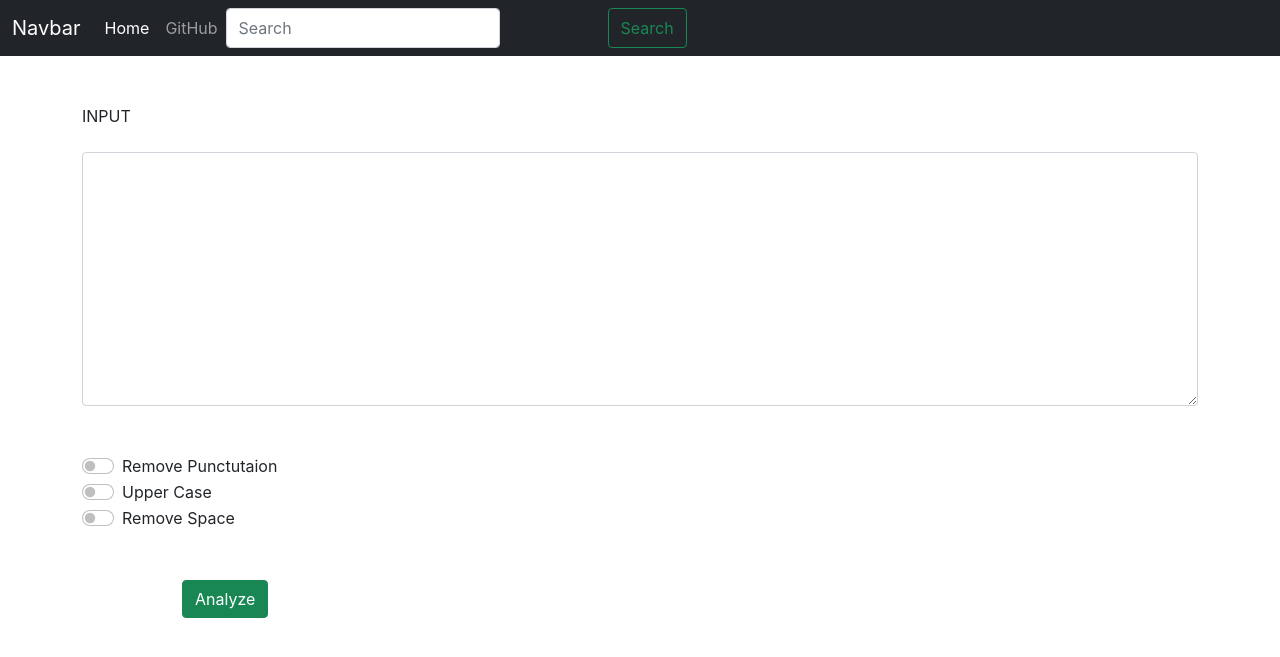
Repository: thenameisshreyank/Textutility
Page: http://localhost/
An editor plug-in stored every save of this project. The page is shown before and after the next save, followed by the edit.
The browser window is 1280 px wide. The pictures show the whole page.
The page is served by the project's application, run on Django 4.2 (manage.py). Other server files are loaded and not shown.

Above is the page before, as saved 2022-04-15 10:52:46.

### templates/index.html
<!DOCTYPE html>
<html lang="en">
<head>
    <meta charset="UTF-8">
    <meta http-equiv="X-UA-Compatible" content="IE=edge">
    <meta name="viewport" content="width=device-width, initial-scale=1.0">
    <!-- CSS only -->
<link href="https://cdn.jsdelivr.net/npm/bootstrap@5.1.3/dist/css/bootstrap.min.css" rel="stylesheet" integrity="sha384-1BmE4kWBq78iYhFldvKuhfTAU6auU8tT94WrHftjDbrCEXSU1oBoqyl2QvZ6jIW3" crossorigin="anonymous">
    <title>Document</title>
    <style>
      *{
        font-family: -apple-system, BlinkMacSystemFont, 'Segoe UI', Roboto, Oxygen, Ubuntu, Cantarell, 'Open Sans', 'Helvetica Neue', sans-serif;
      }
      #text{
        margin-left: 100px;
        width: 80%;
        margin-right:100px;
      }
      #rf{
        margin-left: 100px;


      }
      button{
        margin-left: 100px;
      }


    </style>
</head>
<body>
    <nav class="navbar navbar-expand-lg navbar-dark bg-dark">
        <div class="container-fluid">
          <a class="navbar-brand" href="https://getbootstrap.com/">Navbar</a>
          <button class="navbar-toggler" type="button" data-bs-toggle="collapse" data-bs-target="#navbarSupportedContent" aria-controls="navbarSupportedContent" aria-expanded="false" aria-label="Toggle navigation">
            <span class="navbar-toggler-icon"></span>
          </button>
          <div class="collapse navbar-collapse" id="navbarSupportedContent">
            <ul class="navbar-nav me-auto mb-2 mb-lg-0">
              <li class="nav-item">
                <a class="nav-link active" aria-current="page" href="http://127.0.0.1:8000/">Home</a>
              </li>
              <li class="nav-item">
                <a class="nav-link" href="https://github.com/thenameisshreyank">GitHub</a>
              </li>


            <form class="d-flex">
              <input class="form-control me-2" type="search" placeholder="Search" aria-label="Search">
              <button class="btn btn-outline-success" type="submit">Search</button>
            </form>
          </div>
        </div>
      </nav><br><br>
      <form action="analyze" method="get">
        <div class="container">
        <div class="form-group">
          <label for="exampleFormControlTextarea1">INPUT</label><br><br>
          <textarea class="form-control" id="textarea" name="text" rows="10"></textarea>
        </div><br><br>
        <div class="form-check form-switch">
          <input class="form-check-input" type="checkbox" role="switch" value="true" name="rf" id="flexSwitchCheckDefault">
          <label class="form-check-label" for="flexSwitchCheckDefault">Remove Punctutaion</label>
        </div>
        <div class="form-check form-switch">
          <input class="form-check-input" type="checkbox" name="upper" value="true" role="switch" id="flexSwitchCheckDefault">
          <label class="form-check-label" for="flexSwitchCheckDefault">Upper Case</label>
        </div>
        <div class="form-check form-switch">
          <input class="form-check-input" type="checkbox" name="space" value="true" role="switch" id="flexSwitchCheckDefault">
          <label class="form-check-label" for="flexSwitchCheckDefault">Remove Space</label>
        </div>
        <br><br><button type="submit" class="btn btn-success" id="analyze">Analyze</button>
        </div>
      </form>
</body>
</html>

### c1/views.py

from django.http import HttpResponse
from django.shortcuts import render

from django.http import HttpResponse
# Create your views here.

def nav(request):
    return render(request,"index.html")

def analyze(request):
    rawtext=request.GET.get('text')
    pun=request.GET.get('rf')
    uc=request.GET.get('upper')
    space=request.GET.get('space')
    answer=""
    ans1=""
    if pun=='true':
        punctuation='''!@#$%^&*()_;+<>?/~`"='''
        for x in rawtext:
            if x not in punctuation:
             answer=answer+x
    else:
        answer=rawtext
    if uc=="true":
        # for ch in rawtext:
        answer=answer.upper()

    if space=="true":
        for ch in answer:
            if ch==" ":
                pass
            else:
                ans1=ans1+ch
        answer=ans1
    return render(request,'analyze.html',{'ans':answer})

### c/urls.py
"""c URL Configuration

The `urlpatterns` list routes URLs to views. For more information please see:
    https://docs.djangoproject.com/en/4.0/topics/http/urls/
Examples:
Function views
    1. Add an import:  from my_app import views
    2. Add a URL to urlpatterns:  path('', views.home, name='home')
Class-based views
    1. Add an import:  from other_app.views import Home
    2. Add a URL to urlpatterns:  path('', Home.as_view(), name='home')
Including another URLconf
    1. Import the include() function: from django.urls import include, path
    2. Add a URL to urlpatterns:  path('blog/', include('blog.urls'))
"""

from django.contrib import admin
from django.urls import include, path

urlpatterns = [
    path('admin/', admin.site.urls),
    path('',include('c1.urls')),
]

### c1/urls.py




from . import views
from django.urls import path


urlpatterns=[
    path('',views.nav),
    path('analyze/',views.analyze),
]

After the next save:
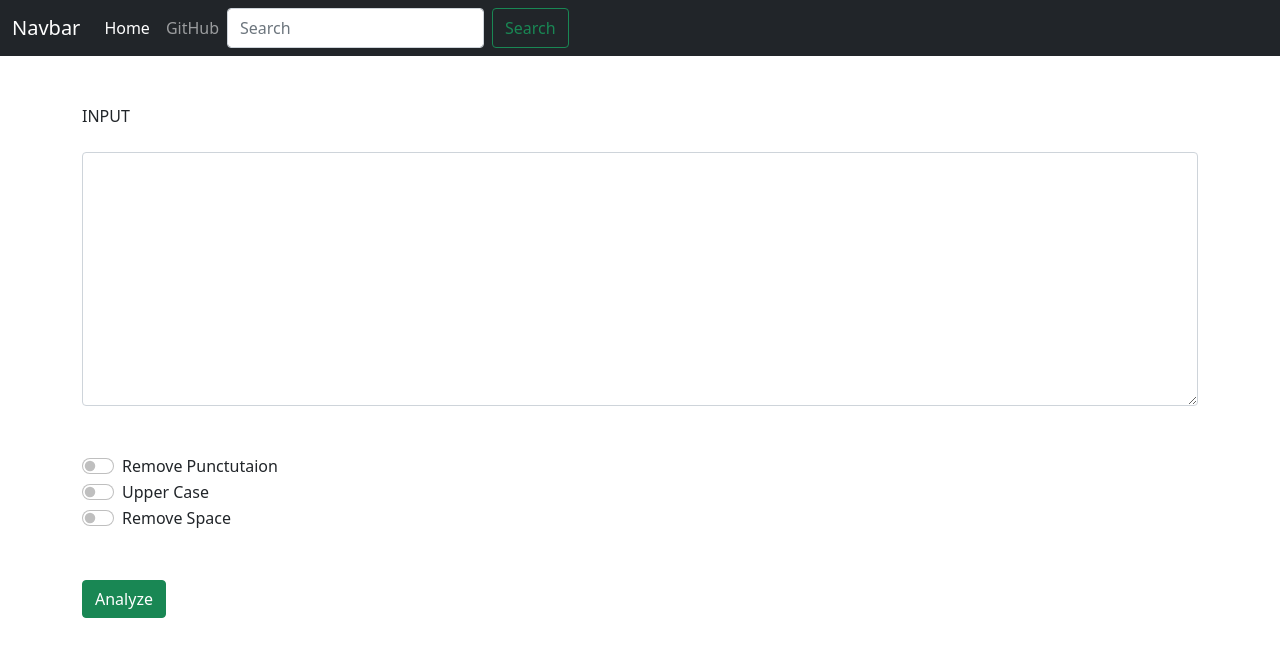
Saved 24 s later.
--- a/templates/index.html
+++ b/templates/index.html
@@ -7,23 +7,6 @@
     <!-- CSS only -->
 <link href="https://cdn.jsdelivr.net/npm/bootstrap@5.1.3/dist/css/bootstrap.min.css" rel="stylesheet" integrity="sha384-1BmE4kWBq78iYhFldvKuhfTAU6auU8tT94WrHftjDbrCEXSU1oBoqyl2QvZ6jIW3" crossorigin="anonymous">
     <title>Document</title>
-    <style>
-      *{
-        font-family: -apple-system, BlinkMacSystemFont, 'Segoe UI', Roboto, Oxygen, Ubuntu, Cantarell, 'Open Sans', 'Helvetica Neue', sans-serif;
-      }
-      #text{
-        margin-left: 100px;
-        width: 80%;
-        margin-right:100px;
-      }
-      #rf{
-        margin-left: 100px;
-
-
-      }
-      button{
-        margin-left: 100px;
-      }
 
 
     </style>
